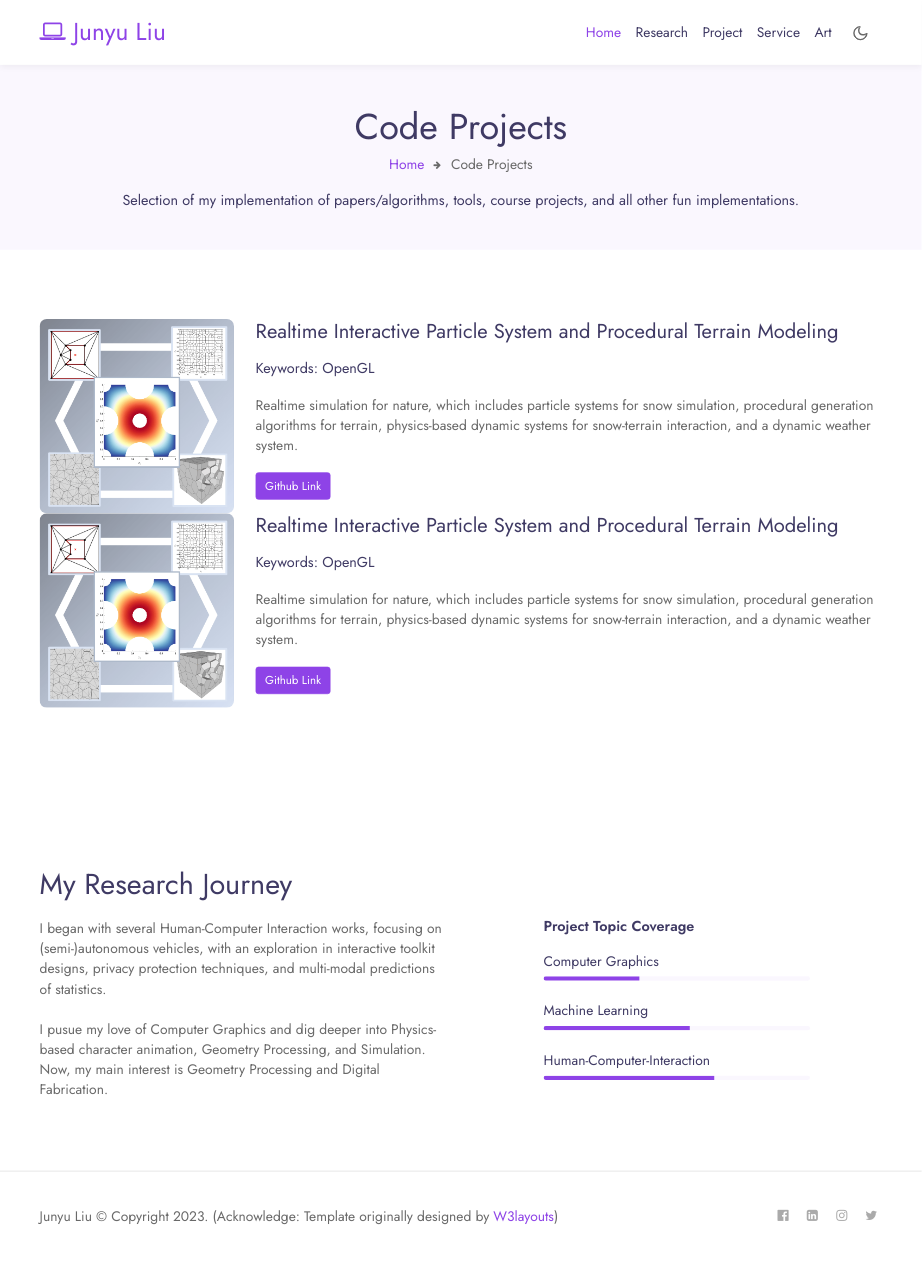
Repository: Junyu-Liu-Nate/junyu-liu-nate.github.io
Page: project.html
An editor plug-in stored every save of this project. The page is shown before and after the next save, followed by the edit.
The browser window is 1280 px wide. The pictures show the whole page, at 72% of full size.

Above is the page before, as saved 2024-04-10 18:14:20.
Console error: TypeError: Cannot read properties of null (reading 'classList')

### project.html
<!--
Author: Junyu Liu
Author: W3layouts
Author URL: http://w3layouts.com
-->
<!doctype html>
<html lang="en">

<head>
  <!-- Required meta tags -->
  <meta charset="utf-8">
  <meta name="viewport" content="width=device-width, initial-scale=1, shrink-to-fit=no">

  <title>Junyu Liu - Projects</title>

  <!-- google fonts -->
  <link href="//fonts.googleapis.com/css2?family=Jost:wght@300;400;600&display=swap" rel="stylesheet">

  <!-- Template CSS -->
  <link rel="stylesheet" href="assets/css/style-starter.css">
</head>

<body>
<!-- header -->
<header id="site-header" class="fixed-top">
  <div class="container">
      <nav class="navbar navbar-expand-lg stroke">
          <a class="navbar-brand" href="index.html">
              <span class="fa fa-laptop"></span> Junyu Liu
          </a>
          <!-- if logo is image enable this
      <a class="navbar-brand" href="#index.html">
          <img src="image-path" alt="Your logo" title="Your logo" style="height:35px;" />
      </a> -->
          <button class="navbar-toggler  collapsed bg-gradient" type="button" data-toggle="collapse"
              data-target="#navbarTogglerDemo02" aria-controls="navbarTogglerDemo02" aria-expanded="false"
              aria-label="Toggle navigation">
              <span class="navbar-toggler-icon fa icon-expand fa-bars"></span>
              <span class="navbar-toggler-icon fa icon-close fa-times"></span>
              </span>
          </button>

          <div class="collapse navbar-collapse" id="navbarTogglerDemo02">
            <ul class="navbar-nav ml-auto">
                <li class="nav-item active">
                    <a class="nav-link" href="index.html">Home <span class="sr-only">(current)</span></a>
                </li>
                <li class="nav-item @@research_active">
                    <a class="nav-link" href="research.html">Research</a>
                </li>
                <li class="nav-item @@project_active">
                  <a class="nav-link" href="project.html">Project</a>
                </li>
                <li class="nav-item @@service_active">
                  <a class="nav-link" href="service.html">Service</a>
                </li>
                <li class="nav-item @@art_active">
                    <a class="nav-link" href="art.html">Art</a>
                </li>
            </ul>
        </div>
          <!-- toggle switch for light and dark theme -->
          <div class="mobile-position">
              <nav class="navigation">
                  <div class="theme-switch-wrapper">
                      <label class="theme-switch" for="checkbox">
                          <input type="checkbox" id="checkbox">
                          <div class="mode-container">
                              <i class="gg-sun"></i>
                              <i class="gg-moon"></i>
                          </div>
                      </label>
                  </div>
              </nav>
          </div>
          <!-- //toggle switch for light and dark theme -->
      </nav>
  </div>
</header>
<!-- //header -->

<!-- about breadcrumb -->
<section class="w3l-about-breadcrumb text-center">
    <div class="breadcrumb-bg breadcrumb-bg-about py-sm-5 py-4">
        <div class="container py-2">
            <h2 class="title">Code Projects</h2>
            <ul class="breadcrumbs-custom-path mt-2">
                <li><a href="index.html">Home</a></li>
                <li class="active"><span class="fa fa-arrow-right mx-2" aria-hidden="true"></span> Code Projects </li>
            </ul>
            <br>
            <h5>Selection of my implementation of papers/algorithms, tools, course projects, and all other fun implementations.</h5>
        </div>
    </div>
</section>
<!-- //about breadcrumb -->

<!-- about page about section -->
<section class="w3l-aboutblock1" id="about">
    <div class="midd-w3 py-5">
        <div class="container py-lg-5 py-md-3">
              <div class="row">
                <div class="col-lg-3">
                  <div class="position-relative">
                      <img src="assets/images/project/thumnail/port-FEM-vs-VEM.png" alt="" class="radius-image img-fluid">
                  </div>
                </div>
                <div class="col-lg-9 mt-lg-0 mt-5">
                    <!-- <h5 class="title-small mb-2">Hello, I am UI/UX Designer</h5> -->
                    <h3 class="title">Realtime Interactive Particle System and Procedural Terrain Modeling</h3>
                    <br>
                    <h5>Keywords: OpenGL</h5>
                    <br>
                    <p>
                      Realtime simulation for nature, which includes particle systems for snow simulation, procedural generation algorithms for terrain, physics-based dynamic systems for snow-terrain interaction, and a dynamic weather system.
                    </p>
                    <br>
                    <div>
                      <a href="https://github.com/Junyu-Liu-Nate/Realtime-Interactive-Particle-System-Procedural-Modeling-OpenGL" class="btn btn-primary">Github Link</a>
                    </div>
                </div>
            </div>

            <div class="row">
              <div class="col-lg-3">
                <div class="position-relative">
                    <img src="assets/images/project/thumnail/port-FEM-vs-VEM.png" alt="" class="radius-image img-fluid">
                </div>
              </div>
              <div class="col-lg-9 mt-lg-0 mt-5">
                  <!-- <h5 class="title-small mb-2">Hello, I am UI/UX Designer</h5> -->
                  <h3 class="title">Realtime Interactive Particle System and Procedural Terrain Modeling</h3>
                  <br>
                  <h5>Keywords: OpenGL</h5>
                  <br>
                  <p>
                    Realtime simulation for nature, which includes particle systems for snow simulation, procedural generation algorithms for terrain, physics-based dynamic systems for snow-terrain interaction, and a dynamic weather system.
                  </p>
                  <br>
                  <div>
                    <a href="https://github.com/Junyu-Liu-Nate/Realtime-Interactive-Particle-System-Procedural-Modeling-OpenGL" class="btn btn-primary">Github Link</a>
                  </div>
              </div>
            </div>

            <p><br></p>
        </div>

    </div>
    </div>
    </div>
</section>
<!-- //about page about section -->

<!-- about page third section -->
<section class="w3l-content-6 py-5">
    <div class="content-6-mian py-lg-5 py-md-4">
        <div class="container">
            <div class="content-info-in row">
                <div class="content-gd col-lg-6">
                    <h3 class="title-big mb-4">My Research Journey</h3>
                    <p>
                      I began with several Human-Computer Interaction works, focusing on (semi-)autonomous vehicles, with an exploration in interactive toolkit designs, privacy protection techniques, and multi-modal predictions of statistics.
                      <br><br>

                      I pusue my love of Computer Graphics and dig deeper into Physics-based character animation, Geometry Processing, and Simulation. Now, my main interest is Geometry Processing and Digital Fabrication.
                    </p>
                </div>
                <div class="content-gd col-lg-4 offset-lg-1">
                    <br><br><br>
                    <h5><b>Project Topic Coverage</b></h5><br>
                    <div class="progress-info">
                        <h6 class="progress-tittle">Computer Graphics</h6>
                        <div class="progress">
                            <div class="progress-bar progress-bar-striped" role="progressbar" style="width: 36%"
                                aria-valuenow="36" aria-valuemin="0" aria-valuemax="100">
                            </div>
                        </div>
                    </div>
                    <div class="progress-info">
                        <h6 class="progress-tittle">Machine Learning
                        </h6>
                        <div class="progress">
                            <div class="progress-bar progress-bar-striped" role="progressbar" style="width: 55%"
                                aria-valuenow="55" aria-valuemin="0" aria-valuemax="100">
                            </div>
                        </div>
                    </div>
                    <div class="progress-info">
                        <h6 class="progress-tittle">Human-Computer-Interaction</h6>
                        <div class="progress">
                            <div class="progress-bar progress-bar-striped" role="progressbar" style="width: 64%"
                                aria-valuenow="64" aria-valuemin="0" aria-valuemax="100">
                            </div>
                        </div>
                    </div>
                </div>
            </div>
        </div>
    </div>
</section>
<!-- about page third section -->

<!-- Footer -->
<section class="w3l-footer py-sm-5 py-4">
  <div class="container">
    <div class="footer-content">
      <div class="row">
        <div class="col-lg-8 footer-left">
          <p class="m-0">Junyu Liu © Copyright 2023. (Acknowledge: Template originally designed by <a href="https://w3layouts.com">W3layouts</a>)</p>
        </div>
        <div class="col-lg-4 footer-right text-lg-right text-center mt-lg-0 mt-3">
          <ul class="social m-0 p-0">
            <li><a href="#facebook"><span class="fa fa-facebook-official"></span></a></li>
            <li><a href="#linkedin"><span class="fa fa-linkedin-square"></span></a></li>
            <li><a href="#instagram"><span class="fa fa-instagram"></span></a></li>
            <li><a href="#twitter"><span class="fa fa-twitter"></span></a></li>
          </ul>
        </div>
      </div>
    </div>
  </div>

  <!-- move top -->
  <button onclick="topFunction()" id="movetop" title="Go to top">
    <span class="fa fa-angle-up"></span>
  </button>
  <script>
    // When the user scrolls down 20px from the top of the document, show the button
    window.onscroll = function () {
      scrollFunction()
    };

    function scrollFunction() {
      if (document.body.scrollTop > 20 || document.documentElement.scrollTop > 20) {
        document.getElementById("movetop").style.display = "block";
      } else {
        document.getElementById("movetop").style.display = "none";
      }
    }

    // When the user clicks on the button, scroll to the top of the document
    function topFunction() {
      document.body.scrollTop = 0;
      document.documentElement.scrollTop = 0;
    }
  </script>
  <!-- /move top -->
</section>
<!-- //Footer -->

<!-- all js scripts and files here -->

<script src="assets/js/theme-change.js"></script><!-- theme switch js (light and dark)-->

<script src="assets/js/jquery-3.3.1.min.js"></script><!-- default jQuery -->

<!-- /typig-text-->
<script>
  const typedTextSpan = document.querySelector(".typed-text");
  const cursorSpan = document.querySelector(".cursor");

  const textArray = ["UI/UX Designer", "Freelancer", "Web developer"];
  const typingDelay = 200;
  const erasingDelay = 10;
  const newTextDelay = 100; // Delay between current and next text
  let textArrayIndex = 0;
  let charIndex = 0;

  function type() {
    if (charIndex < textArray[textArrayIndex].length) {
      if (!cursorSpan.classList.contains("typing")) cursorSpan.classList.add("typing");
      typedTextSpan.textContent += textArray[textArrayIndex].charAt(charIndex);
      charIndex++;
      setTimeout(type, typingDelay);
    } else {
      cursorSpan.classList.remove("typing");
      setTimeout(erase, newTextDelay);
    }
  }

  function erase() {
    if (charIndex > 0) {
      // add class 'typing' if there's none
      if (!cursorSpan.classList.contains("typing")) {
        cursorSpan.classList.add("typing");
      }
      typedTextSpan.textContent = textArray[textArrayIndex].substring(0, 0);
      charIndex--;
      setTimeout(erase, erasingDelay);
    } else {
      cursorSpan.classList.remove("typing");
      textArrayIndex++;
      if (textArrayIndex >= textArray.length) textArrayIndex = 0;
      setTimeout(type, typingDelay);
    }
  }

  document.addEventListener("DOMContentLoaded", function () { // On DOM Load initiate the effect
    if (textArray.length) setTimeout(type, newTextDelay + 250);
  });
</script>
<!-- //typig-text-->

<!-- services owlcarousel -->
<script src="assets/js/owl.carousel.js"></script>

<!-- script for services -->
<script>
  $(document).ready(function () {
    $('.owl-two').owlCarousel({
      loop: true,
      margin: 30,
      nav: false,
      responsiveClass: true,
      autoplay: false,
      autoplayTimeout: 5000,
      autoplaySpeed: 1000,
      autoplayHoverPause: false,
      responsive: {
        0: {
          items: 1,
          nav: false
        },
        480: {
          items: 1,
          nav: false
        },
        700: {
          items: 1,
          nav: false
        },
        1090: {
          items: 3,
          nav: false
        }
      }
    })
  })
</script>
<!-- //script for services -->

<!-- script for tesimonials carousel slider -->
<script>
  $(document).ready(function () {
    $("#owl-demo1").owlCarousel({
      loop: true,
      margin: 20,
      nav: false,
      responsiveClass: true,
      responsive: {
        0: {
          items: 1,
          nav: false
        },
        736: {
          items: 1,
          nav: false
        },
        1000: {
          items: 2,
          nav: false,
          loop: false
        }
      }
    })
  })
</script>
<!-- //script for tesimonials carousel slider -->

<!-- video popup -->
<script src="assets/js/jquery.magnific-popup.min.js"></script>
<script>
  $(document).ready(function () {
    $('.popup-with-zoom-anim').magnificPopup({
      type: 'inline',

      fixedContentPos: false,
      fixedBgPos: true,

      overflowY: 'auto',

      closeBtnInside: true,
      preloader: false,

      midClick: true,
      removalDelay: 300,
      mainClass: 'my-mfp-zoom-in'
    });

    $('.popup-with-move-anim').magnificPopup({
      type: 'inline',

      fixedContentPos: false,
      fixedBgPos: true,

      overflowY: 'auto',

      closeBtnInside: true,
      preloader: false,

      midClick: true,
      removalDelay: 300,
      mainClass: 'my-mfp-slide-bottom'
    });
  });
</script>
<!-- //video popup -->

<!-- stats number counter-->
<script src="assets/js/jquery.waypoints.min.js"></script>
<script src="assets/js/jquery.countup.js"></script>
<script>
  $('.counter').countUp();
</script>
<!-- //stats number counter -->

<!-- disable body scroll which navbar is in active -->
<script>
  $(function () {
    $('.navbar-toggler').click(function () {
      $('body').toggleClass('noscroll');
    })
  });
</script>
<!-- disable body scroll which navbar is in active -->

<!--/MENU-JS-->
<script>
  $(window).on("scroll", function () {
    var scroll = $(window).scrollTop();

    if (scroll >= 80) {
      $("#site-header").addClass("nav-fixed");
    } else {
      $("#site-header").removeClass("nav-fixed");
    }
  });

  //Main navigation Active Class Add Remove
  $(".navbar-toggler").on("click", function () {
    $("header").toggleClass("active");
  });
  $(document).on("ready", function () {
    if ($(window).width() > 991) {
      $("header").removeClass("active");
    }
    $(window).on("resize", function () {
      if ($(window).width() > 991) {
        $("header").removeClass("active");
      }
    });
  });
</script>
<!--//MENU-JS-->

<!-- bootstrap js -->
<script src="assets/js/bootstrap.min.js"></script>

</body>

</html>

Loaded but not shown: assets/css/style-starter.css (library); assets/js/theme-change.js (common file); assets/js/jquery-3.3.1.min.js (library); assets/js/owl.carousel.js (library); assets/js/jquery.magnific-popup.min.js (library); assets/js/jquery.waypoints.min.js (library); assets/js/jquery.countup.js (common file); assets/js/bootstrap.min.js (library)

After the next save:
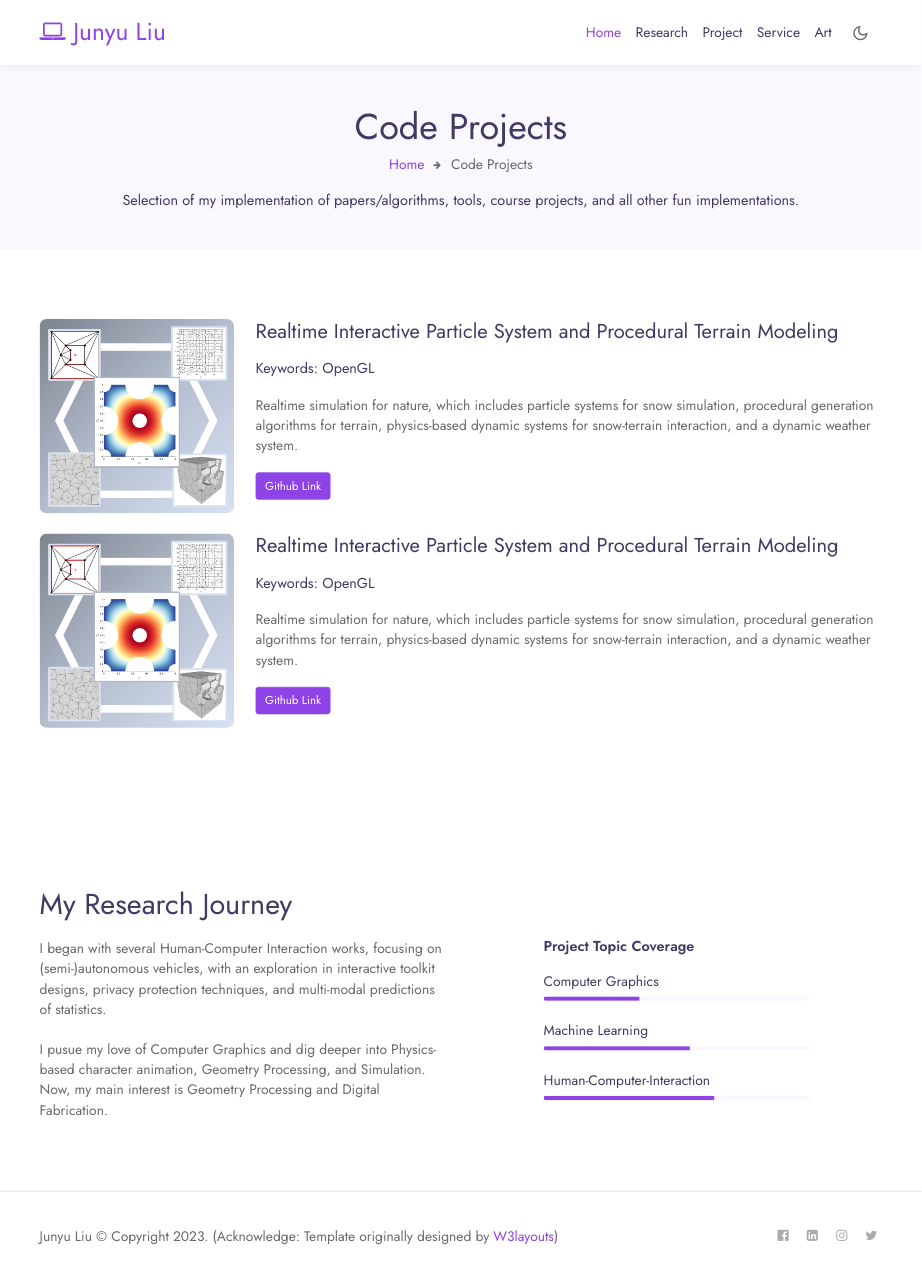
Saved 13 s later.
--- a/project.html
+++ b/project.html
@@ -120,6 +120,8 @@ Author URL: http://w3layouts.com
                     </div>
                 </div>
             </div>
+
+            <p><br></p>
 
             <div class="row">
               <div class="col-lg-3">
